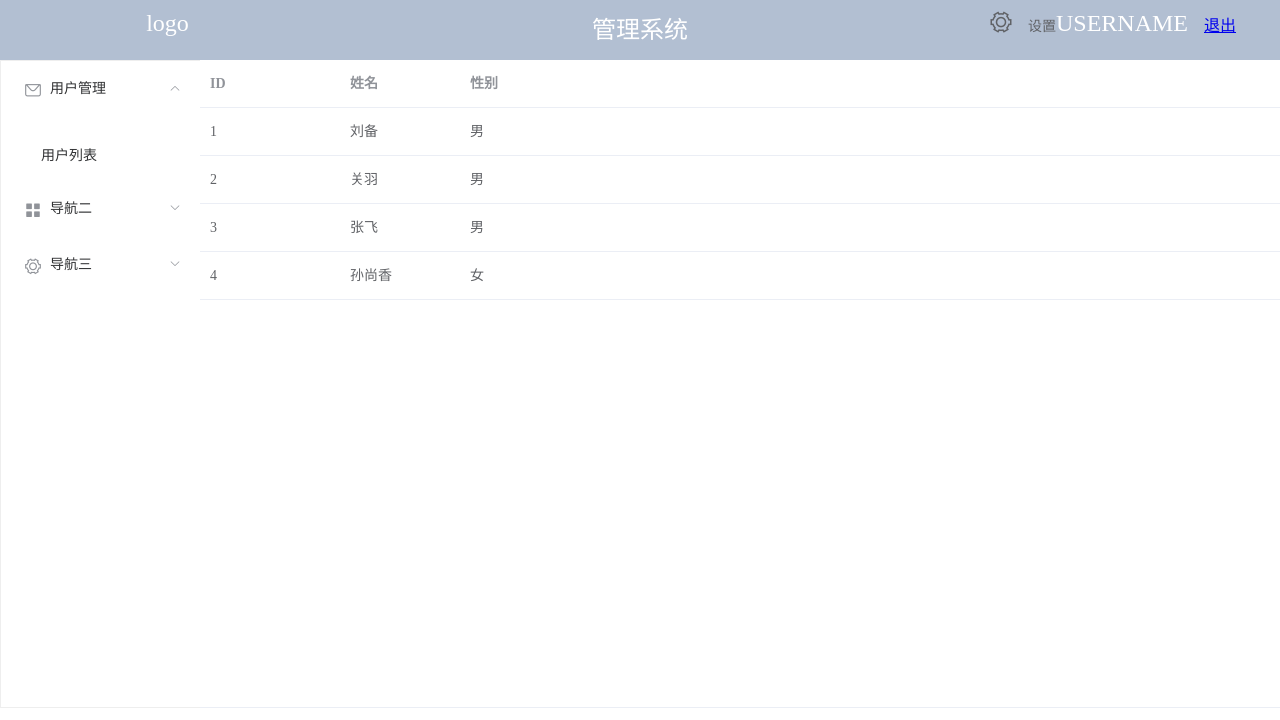
Repository: euphor1azzy/testlist
Page: / (app in list/)
These files come from the project's save history. The page is drawn as it stood at one moment and after the next save; the edit follows.
The browser window is 1280 px wide. The pictures show the whole page.
The project was rebuilt for these pictures with package versions that can differ from the ones it lists, and the page was loaded fresh each time. Requests to the local data server were answered from the project's data file. Also part of the build but not shown: list/src/views/login/login.vue.

Above is the page before, as saved 2020-08-24 10:08:42.

After the next save:
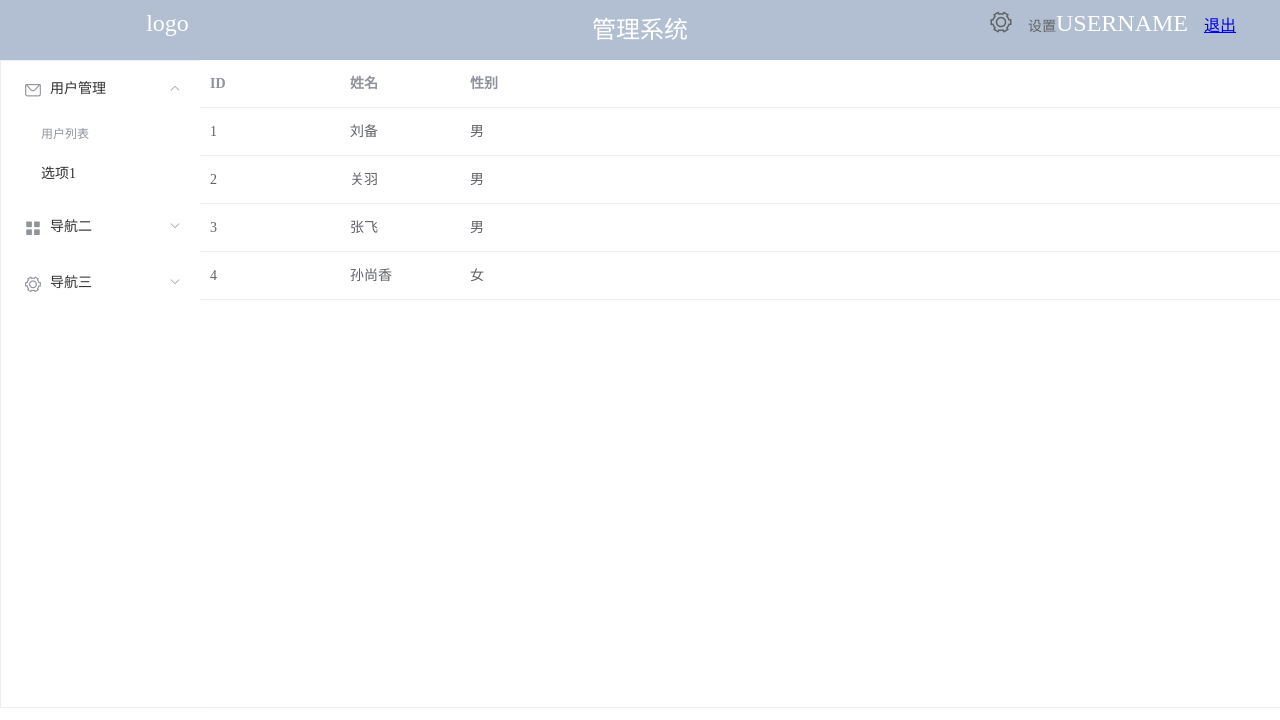
Saved 40 s later.
--- a/list/src/components/common/appslider.vue
+++ b/list/src/components/common/appslider.vue
@@ -5,8 +5,8 @@
             <template slot="title">
               <i class="el-icon-message"></i>用户管理 </template>
             <el-menu-item-group>
-
-              <el-menu-item index="1-1">用户列表</el-menu-item>
+              <template slot="title">用户列表</template>
+              <el-menu-item index="1-1">选项1</el-menu-item>
 
             </el-menu-item-group>
 
